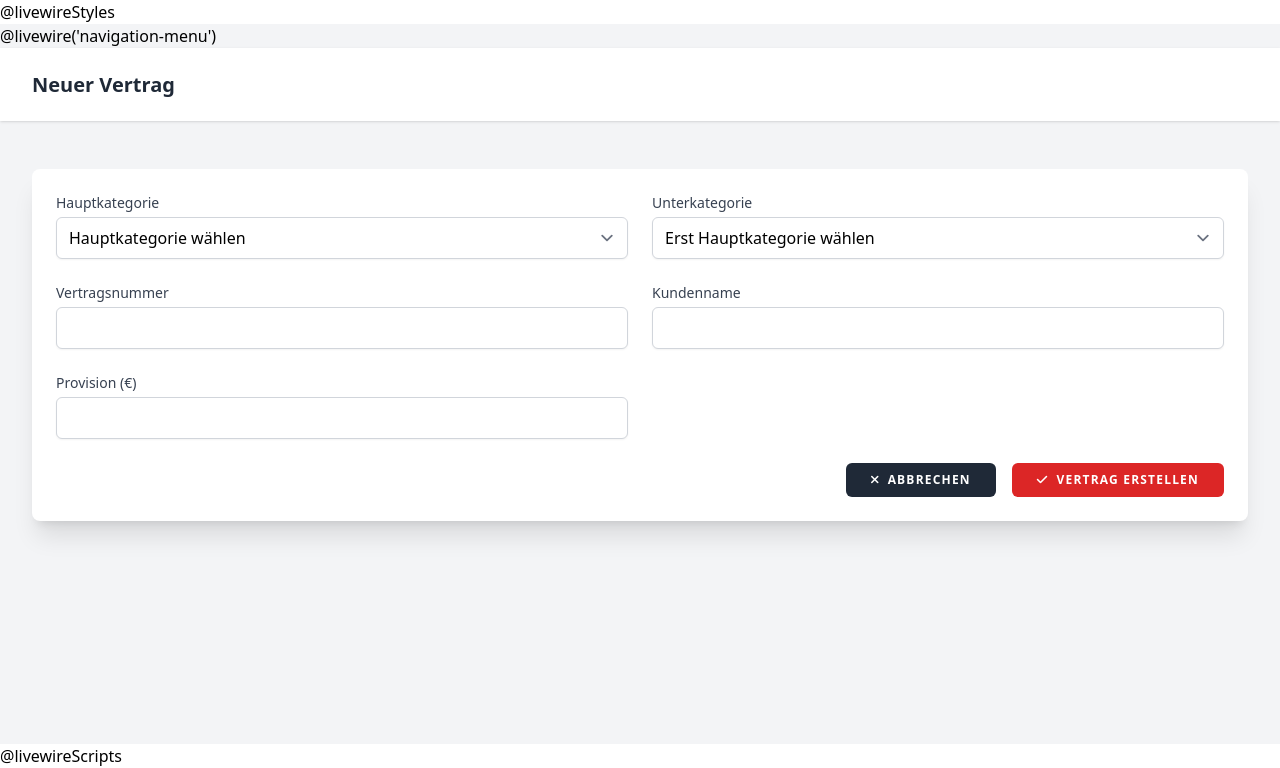
Repository: asanduk/vodafone
Page: resources/views/contracts/create.blade.php
The author's editor kept a copy of each file at every save. The page is drawn from the files as they stood at one save, then again after the next save.
The browser window is 1280 px wide. The pictures show the whole page.
The page is served by the project's Laravel application, run on PHP 8.4 with Laravel 12. Other server files are loaded and not shown. The template is opened directly, without the code that normally fills it, so the values that code supplies are empty.

Above is the page before, as saved 2025-03-31 23:26:39.

### routes/web.php
<?php

use Illuminate\Support\Facades\Route;
use App\Http\Controllers\ContractController;
use App\Http\Controllers\Admin\CategoryController;

// Ana sayfa
Route::get('/', function () {
    return view('welcome');
});

// Auth gerektiren rotalar
Route::middleware([
    'auth:sanctum',
    config('jetstream.auth_session'),
    'verified'
])->group(function () {
    // Normal kullanıcı rotaları
    Route::get('/dashboard', [ContractController::class, 'dashboard'])->name('dashboard');
    Route::get('/categories/{category}/subcategories', [ContractController::class, 'getSubcategories'])->name('categories.subcategories');
    Route::resource('contracts', ContractController::class);
});

// Admin rotaları
Route::group([
    'prefix' => 'admin',
    'middleware' => ['auth:sanctum', 'verified', \App\Http\Middleware\AdminMiddleware::class],
    'as' => 'admin.',
], function () {
    Route::get('/categories', [CategoryController::class, 'index'])->name('categories.index');
    Route::put('/categories/{category}', [CategoryController::class, 'update'])->name('categories.update');
});

### resources/views/contracts/create.blade.php
<x-app-layout>
    <x-slot name="header">
        <h2 class="font-semibold text-xl text-gray-800 leading-tight">
            {{ __('Neuer Vertrag') }}
        </h2>
    </x-slot>

    <div class="py-12">
        <div class="max-w-7xl mx-auto sm:px-6 lg:px-8">
            <div class="bg-white overflow-hidden shadow-xl sm:rounded-lg p-6">
                <form action="{{ route('contracts.store') }}" method="POST">
                    @csrf

                    <div class="grid grid-cols-1 md:grid-cols-2 gap-6">
                        <!-- Kategorie -->
                        <div>
                            <x-label for="category_id" value="{{ __('Hauptkategorie') }}" />
                            <select name="category_id" id="category_id" class="mt-1 block w-full border-gray-300 rounded-md shadow-sm">
                                <option value="">Hauptkategorie wählen</option>
                                @foreach($mainCategories as $category)
                                    <option value="{{ $category->id }}">{{ $category->name }}</option>
                                @endforeach
                            </select>
                            @error('category_id')
                                <p class="text-red-500 text-xs mt-1">{{ $message }}</p>
                            @enderror
                        </div>

                        <!-- Unterkategorie -->
                        <div>
                            <x-label for="subcategory_id" value="{{ __('Unterkategorie') }}" />
                            <select name="subcategory_id" id="subcategory_id" class="mt-1 block w-full border-gray-300 rounded-md shadow-sm">
                                <option value="">Erst Hauptkategorie wählen</option>
                            </select>
                            @error('subcategory_id')
                                <p class="text-red-500 text-xs mt-1">{{ $message }}</p>
                            @enderror
                        </div>

                        <!-- Vertragsnummer -->
                        <div>
                            <x-label for="contract_number" value="{{ __('Vertragsnummer') }}" />
                            <x-input id="contract_number" type="text" name="contract_number" class="mt-1 block w-full" required />
                            @error('contract_number')
                                <p class="text-red-500 text-xs mt-1">{{ $message }}</p>
                            @enderror
                        </div>

                        <!-- Kundenname -->
                        <div>
                            <x-label for="customer_name" value="{{ __('Kundenname') }}" />
                            <x-input id="customer_name" type="text" name="customer_name" class="mt-1 block w-full" required />
                            @error('customer_name')
                                <p class="text-red-500 text-xs mt-1">{{ $message }}</p>
                            @enderror
                        </div>

                        <!-- Provision -->
                        <div>
                            <x-label for="commission_amount" value="{{ __('Provision (€)') }}" />
                            <x-input id="commission_amount" type="number" step="0.01" name="commission_amount" class="mt-1 block w-full" required />
                            @error('commission_amount')
                                <p class="text-red-500 text-xs mt-1">{{ $message }}</p>
                            @enderror
                        </div>
                    </div>

                    <div class="flex justify-end mt-6 space-x-4">
                        <x-button type="button" class="bg-gray-500 hover:bg-gray-700 px-6" onclick="window.history.back()">
                            <i class="fas fa-times mr-2"></i>{{ __('Abbrechen') }}
                        </x-button>
                        <x-button class="bg-red-600 hover:bg-red-700 px-6">
                            <i class="fas fa-check mr-2"></i>{{ __('Vertrag Erstellen') }}
                        </x-button>
                    </div>
                </form>
            </div>
        </div>
    </div>

    @push('scripts')
    <script>
        document.addEventListener('DOMContentLoaded', function() {
            const categorySelect = document.getElementById('category_id');
            const subcategorySelect = document.getElementById('subcategory_id');
            const commissionInput = document.getElementById('commission_amount');

            categorySelect.addEventListener('change', async function() {
                const categoryId = this.value;

                // Alt kategori ve komisyon inputunu sıfırla
                subcategorySelect.innerHTML = '<option value="">Unterkategorie wählen</option>';
                commissionInput.value = '';

                if (!categoryId) return;

                try {
                    const response = await fetch(`/categories/${categoryId}/subcategories`, {
                        headers: {
                            'Accept': 'application/json',
                            'X-Requested-With': 'XMLHttpRequest'
                        }
                    });

                    if (!response.ok) throw new Error('Fehler beim Laden der Unterkategorien');

                    const subcategories = await response.json();

                    subcategories.forEach(subcategory => {
                        const option = new Option(subcategory.name, subcategory.id);
                        // Komisyon bilgilerini data attribute olarak ekle
                        option.dataset.baseCommission = subcategory.base_commission;
                        option.dataset.commissionRate = subcategory.commission_rate;
                        subcategorySelect.add(option);
                    });

                } catch (error) {
                    console.error('Fehler:', error);
                    showNotification('Fehler beim Laden der Unterkategorien', 'error');
                }
            });

            // Alt kategori seçildiğinde komisyonu otomatik hesapla
            subcategorySelect.addEventListener('change', function() {
                const selectedOption = this.options[this.selectedIndex];

                if (!selectedOption.value) {
                    commissionInput.value = '';
                    return;
                }

                try {
                    const baseCommission = parseFloat(selectedOption.dataset.baseCommission);
                    const commissionRate = parseFloat(selectedOption.dataset.commissionRate);

                    // Komisyonu hesapla: Temel Komisyon * Komisyon Oranı / 100
                    const calculatedCommission = (baseCommission * commissionRate / 100).toFixed(2);
                    commissionInput.value = calculatedCommission;

                    // Hesaplanan değeri göster
                    showNotification(`Provision automatisch berechnet: ${calculatedCommission}€`, 'success');

                } catch (error) {
                    console.error('Fehler bei der Provisionsberechnung:', error);
                    showNotification('Fehler bei der Provisionsberechnung', 'error');
                }
            });
        });

        // Bildirim gösterme fonksiyonu
        function showNotification(message, type) {
            const notification = document.createElement('div');
            notification.className = `fixed top-4 right-4 px-4 py-3 rounded z-50 ${
                type === 'success' ? 'bg-green-100 text-green-700 border border-green-400' :
                'bg-red-100 text-red-700 border border-red-400'
            }`;
            notification.style.zIndex = '9999';
            notification.textContent = message;

            document.body.appendChild(notification);
            setTimeout(() => notification.remove(), 3000);
        }
    </script>
    @endpush
</x-app-layout>

### resources/views/layouts/app.blade.php
<!DOCTYPE html>
<html lang="{{ str_replace('_', '-', app()->getLocale()) }}">
    <head>
        <meta charset="utf-8">
        <meta name="viewport" content="width=device-width, initial-scale=1">
        <meta name="csrf-token" content="{{ csrf_token() }}">
        <title>{{ config('app.name', 'Laravel') }}</title>

        <!-- Fonts -->
        <link rel="stylesheet" href="https://fonts.bunny.net/css2?family=Nunito:wght@400;600;700&display=swap">
        <link rel="stylesheet" href="https://cdnjs.cloudflare.com/ajax/libs/font-awesome/6.0.0-beta3/css/all.min.css">

        <!-- Scripts -->
        @vite(['resources/css/app.css', 'resources/js/app.js'])

        <!-- Styles -->
        @livewireStyles
    </head>
    <body class="font-sans antialiased">
        <div class="min-h-screen bg-gray-100">
            @livewire('navigation-menu')

            <!-- Page Heading -->
            @if (isset($header))
                <header class="bg-white shadow">
                    <div class="max-w-7xl mx-auto py-6 px-4 sm:px-6 lg:px-8">
                        {{ $header }}
                    </div>
                </header>
            @endif

            <!-- Page Content -->
            <main>
                {{ $slot }}
            </main>
        </div>

        @stack('modals')
        @livewireScripts
        @stack('scripts')
    </body>
</html>

Loaded but not shown: app/View/Components/AppLayout.php (common file); resources/views/components/label.blade.php (common file); resources/views/components/input.blade.php (common file); resources/views/components/button.blade.php (common file)

After the next save:
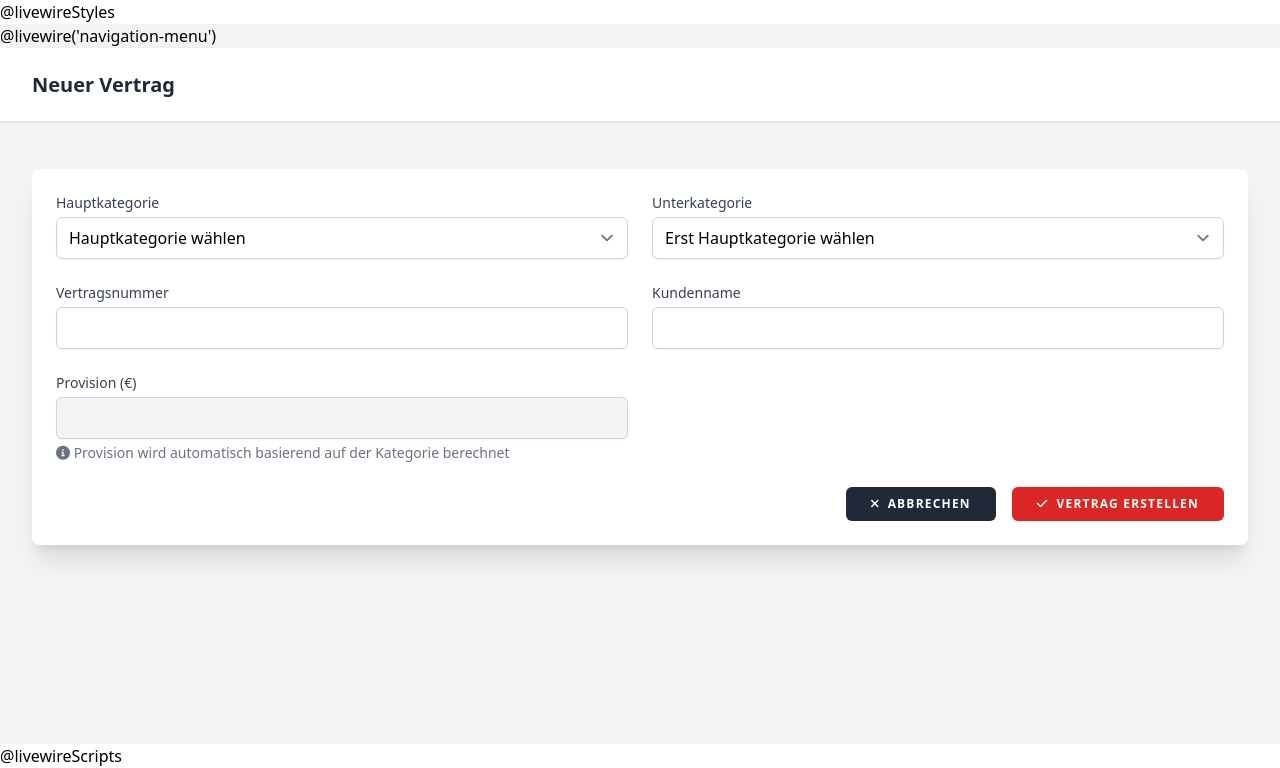
Saved 37 s later.
--- a/resources/views/contracts/create.blade.php
+++ b/resources/views/contracts/create.blade.php
@@ -58,7 +58,17 @@
                         <!-- Provision -->
                         <div>
                             <x-label for="commission_amount" value="{{ __('Provision (€)') }}" />
-                            <x-input id="commission_amount" type="number" step="0.01" name="commission_amount" class="mt-1 block w-full" required />
+                            <x-input id="commission_amount"
+                                     type="number"
+                                     step="0.01"
+                                     name="commission_amount"
+                                     class="mt-1 block w-full bg-gray-100"
+                                     required
+                                     readonly />
+                            <p class="text-sm text-gray-500 mt-1">
+                                <i class="fas fa-info-circle"></i>
+                                Provision wird automatisch basierend auf der Kategorie berechnet
+                            </p>
                             @error('commission_amount')
                                 <p class="text-red-500 text-xs mt-1">{{ $message }}</p>
                             @enderror
